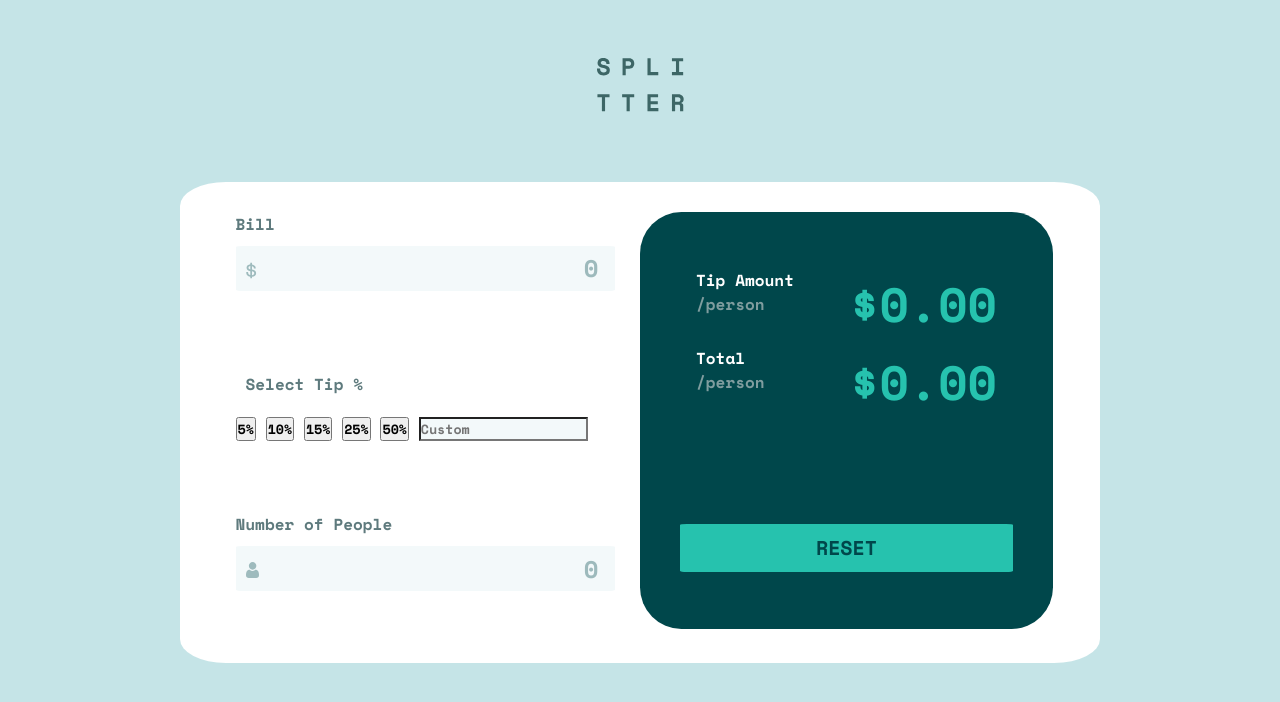
Repository: Arkitecth/tip-calculator
Page: index.html
The author's editor kept a copy of each file at every save. The page is drawn from the files as they stood at one save, then again after the next save.
The browser window is 1280 px wide. The pictures show the whole page.

Above is the page before, as saved 2023-06-09 21:05:27.

### index.html
<!DOCTYPE html>
<html lang="en">
<head>
  <meta charset="UTF-8">
  <meta name="viewport" content="width=device-width, initial-scale=1.0"> <!-- displays site properly based on user's device -->

  <link rel="icon" type="image/png" sizes="32x32" href="./images/favicon-32x32.png">
  <link rel="stylesheet" href="styles.css">
  <title>Tip calculator app</title>

</head>
<body>

  <main>
    <img src="images/logo.svg" alt="logo">
      <div class="app">
        <div class="entry">
          <div class="bill-entry">
            <p>Bill</p>
            <img src="images/icon-dollar.svg" alt="dollar sign"><input class="entry-input" type="text" name="Bill" id="Bill" placeholder="0">
            <p class="error-message">Please enter correct bill</p>
          </div>

          <div class="tip-entry">
            <p>Select Tip %</p>
            <input type="button" value="5%">
            <input type="button" value="10%">
            <input type="button" value="15%">
            <input type="button" value="25%">
            <input type="button" value="50%">
            <input class="custom" type="text" placeholder="Custom">
          </div>

          <div class="people-entry">
            <p>Number of People</p>
            <img src="images/icon-person.svg" alt="person sign"><input class="entry-input" type="text" name="people-entry" id="people-entry" placeholder="0">
          </div>

        </div>

        <div class="result">
          <div class="tip">
            <p class="title">Tip Amount
              <br>
              <span class="grey-color">/person</span>
            </p>
            <h1 class="amount">$0.00</h1>

          </div>

          <div class="total">
            <p class="title">Total
              <br>
              <span class="grey-color">/person</span>
            </p>
            <h1 class="amount">$0.00</h1>
          </div>
          <button class="reset-button">Reset</button>
        </div>


  </div>
  </main>





</body>
</html>

### styles.css
@import url('https://fonts.googleapis.com/css2?family=Space+Mono:wght@700&display=swap');
* {
    margin: 0;
    padding: 0;
    font-family: 'Space Mono', monospace;
}

/* Main Styling */
body {
    background-color: #C5E4E7;

}

main {
    display: flex;
    flex-direction: column;
    justify-content: center;
    align-items: center;
    align-content: center;
    height: 100vh;
    gap: 70px;
}

/* App Styling */

.app {
    width: 920px;
    height: 481px;
    background-color: white;
    border-radius: 5%;
    display: grid;
    grid-template-columns: 1fr 1fr;
}

/* Entry Styling */

.entry {
    display: grid;
    padding-top: 30px;
    grid-template-rows: auto auto auto;
    padding-left: 30px;
    justify-content: center;
    color: #5E7A7D;
}

.entry p {
    margin-bottom: 10px;
}

.entry-input {
    background-color:#f3F9FA;
    width: 379px;
    height: 45px;
    border: none;
    border-radius: 2%;
    text-align: right;
    font-size: 1.5rem;
    color: #00474B;

}

.entry-input:focus {
    outline: none;
    border: 1px solid #26C2AE;

}

.entry-input::placeholder {
    text-align: right;
    font-size: 1.5rem;
    color:#00474B;
    opacity: 0.35;
    padding: 1rem;

}

/* Bill Styling */

.bill-entry {
    position: relative;
}

.bill-entry img {
    position: absolute;
    top: 50px;
    left: 10px;
}

p.error-message {
    color: red;
    display: none;
}
.toggle {
    display: block;
}

/* Tip Entry */
.tip-entry p {
    padding: 10px;
}
.tip-entry input[type="button"]
.tip-entry input[type="text"]{
    width: 117px;
    padding: 10px;
    margin-bottom: 10px;
    background-color:#00474B;
    color: #f3F9FA;
    font-size: 1.5rem;
    border: none;
    border-radius: 5%;
    font-weight: 700;
}

.tip-entry input[type="button"]:active,.tip-entry input[type="button"]:hover {
    background-color: #26C2AE;
}
.tip-entry input[type="button"]:active {
    transform: translateY(4px);
}

.tip-entry input.custom {
    background-color: #F3F9FA;
    color:#547878;
}

/* People Entry Styling */
.people-entry {
    position: relative;
}
.people-entry img {
    position: absolute;
    top: 50px;
    left: 10px;
}

/* Result Styling */
.result {
    display: flex;
    flex-direction: column;
    background-color: #00474B;
    align-content: center;
    justify-content: space-evenly;
    border-radius: 10%;
    margin-top: 30px;
    width: 413px;
    height: 417px;
}

/* Tip Syling */
.tip {
    display: flex;
    flex-direction: row;
    justify-content: space-evenly;
    align-content: center;

}

.title {
    color: #FFFFFF;
    width: 98px;
}

.grey-color {
    color: #7F9D9F;
}

.amount {
    color: #26C2AE;
    font-size: 48px;
}

.total {
    display: flex;
    justify-content: space-evenly;
    transform: translateY(-50px);
}

/* Rest Button */
.reset-button {
    width: 333px;
    height: 48px;
    margin: 0 auto;
    text-transform: uppercase;
    font-size: 20px;
    background-color: #26C2AE;
    color: #00474B;
    border: none;
    border-radius: 2%;
}

.reset-button:hover,
.reset-button:active{
    background-color: #9FE8DF
}
.reset-button:active{
    transform: translateY(4px);
}

@media screen and (max-width:956px) {

    main {
        justify-content: flex-start;
    }
    .app {
        display: grid;
        height: fit-content;
        width: 375px;

    }
    .entry-input {
        width: 311px;
    }
    .tip-entry p {
        padding: 15px 0;
    }
    .tip-entry input[type="button"]  {
        width: 146.63px;
    }
    .people-entry p {
        padding-top: 20px;
    }

    .people-entry img {
        transform: translateY(20px);
    }
    .result {
        width: 328px;
        margin: 10px auto;
        grid-row: 2;
        font-size: 16px;
        justify-content: space-around;
        margin-top: 20px;
        height: 257px;
        margin-left: 20px;
    }

    .total {
        transform: translate(0);
    }

    .reset-button {
        width: 281px;
    }

    .amount {
        font-size: 32px;
    }
}

After the next save:
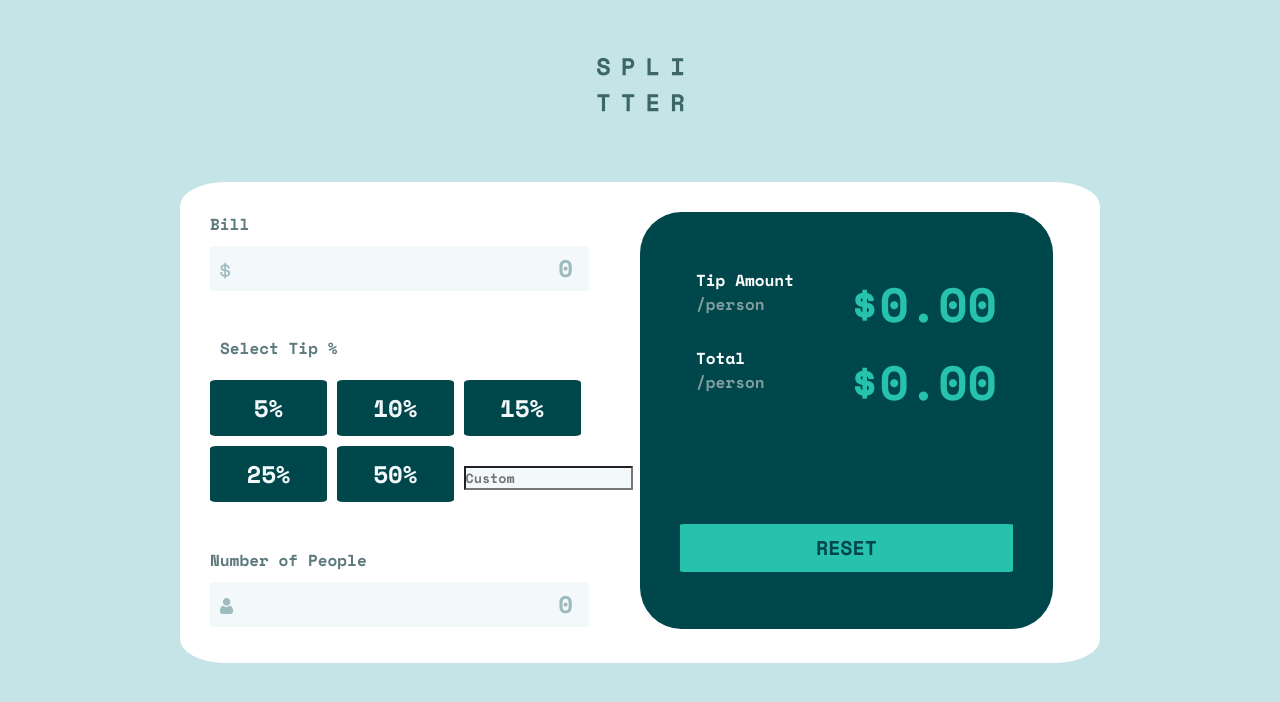
Saved 34 s later.
--- a/styles.css
+++ b/styles.css
@@ -98,8 +98,7 @@
 .tip-entry p {
     padding: 10px;
 }
-.tip-entry input[type="button"]
-.tip-entry input[type="text"]{
+.tip-entry input[type="button"] {
     width: 117px;
     padding: 10px;
     margin-bottom: 10px;
